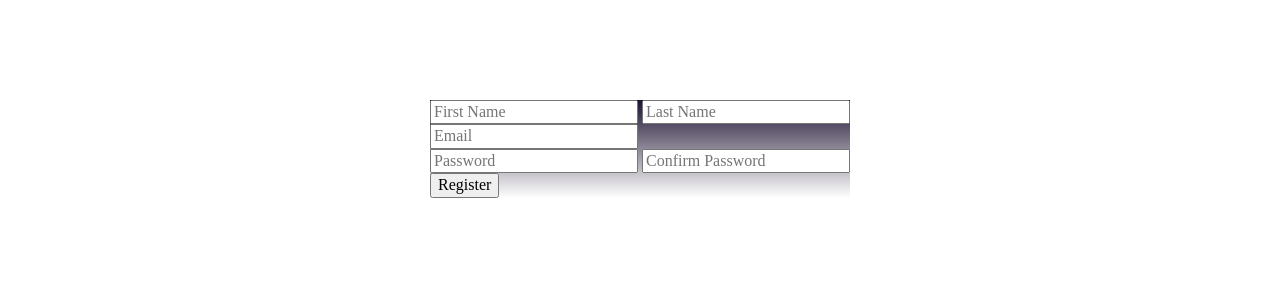
Repository: AMAmine89/vanilla-projects
Page: formo/index.html
An editor plug-in stored every save of this project. The page is shown before and after the next save, followed by the edit.
The browser window is 1280 px wide. The pictures show the whole page.

Above is the page before, as saved 2021-05-05 04:03:46.

After the next save:
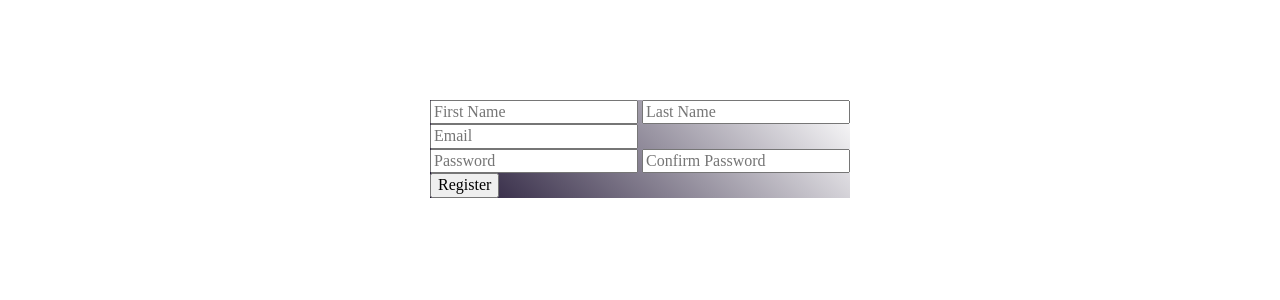
Saved 28 s later.
--- a/formo/style.css
+++ b/formo/style.css
@@ -5,7 +5,7 @@
 }
 
 form {
-    background: linear-gradient(rgb(29, 18, 49), white);
+    background: linear-gradient(45deg, rgb(29, 18, 49), white);
 }
 
 .double-block {
